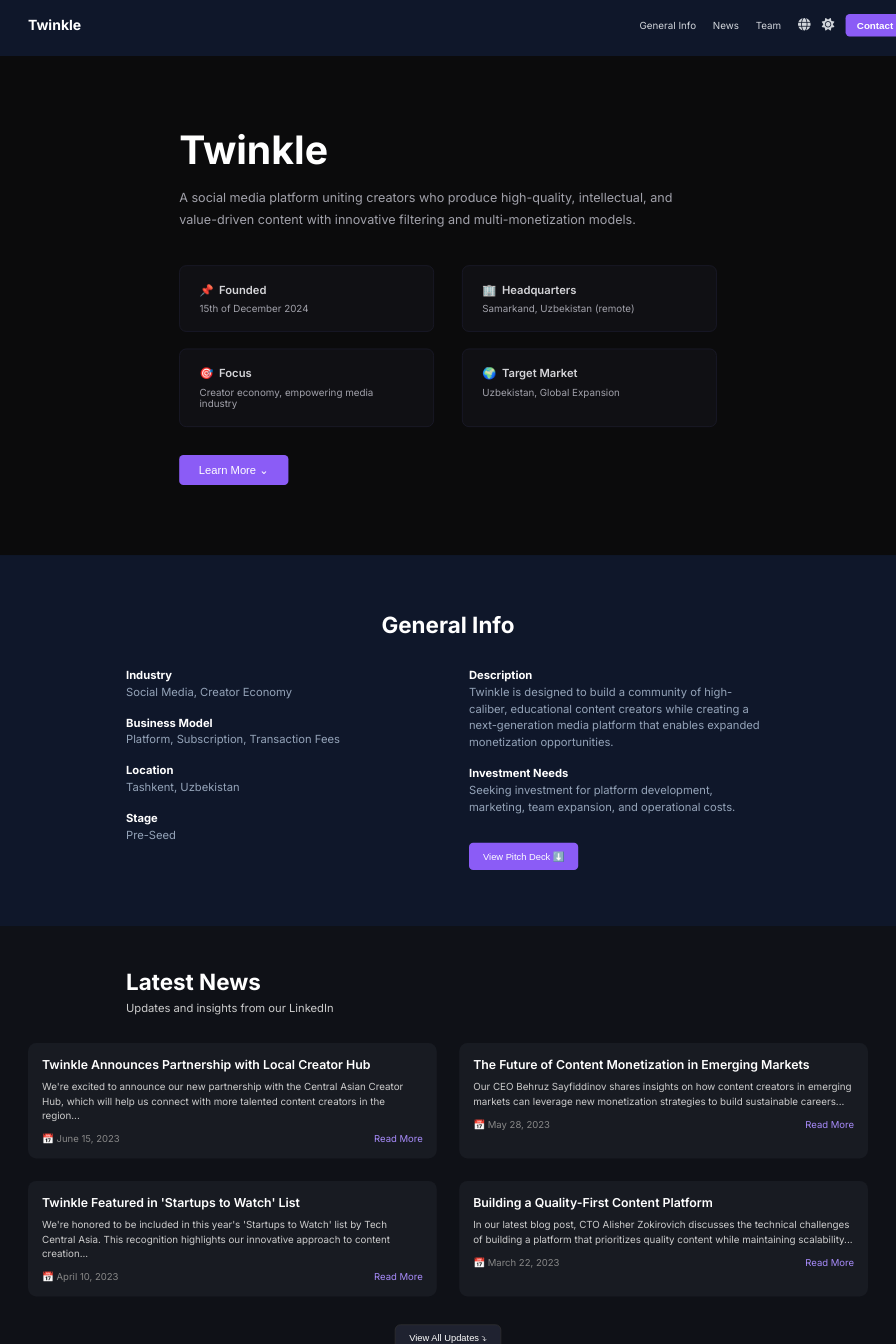
Repository: techboy-33/Twinkle-web
Page: index.html
An editor plug-in stored every save of this project. The page is shown before and after the next save, followed by the edit.
The browser window is 1280 px wide. The pictures show the part of the page from y = 0 to 1920 px (the page is 4225 px tall), at 70% of full size.

Above is the page before, as saved 2025-05-12 12:24:25.

After the next save:
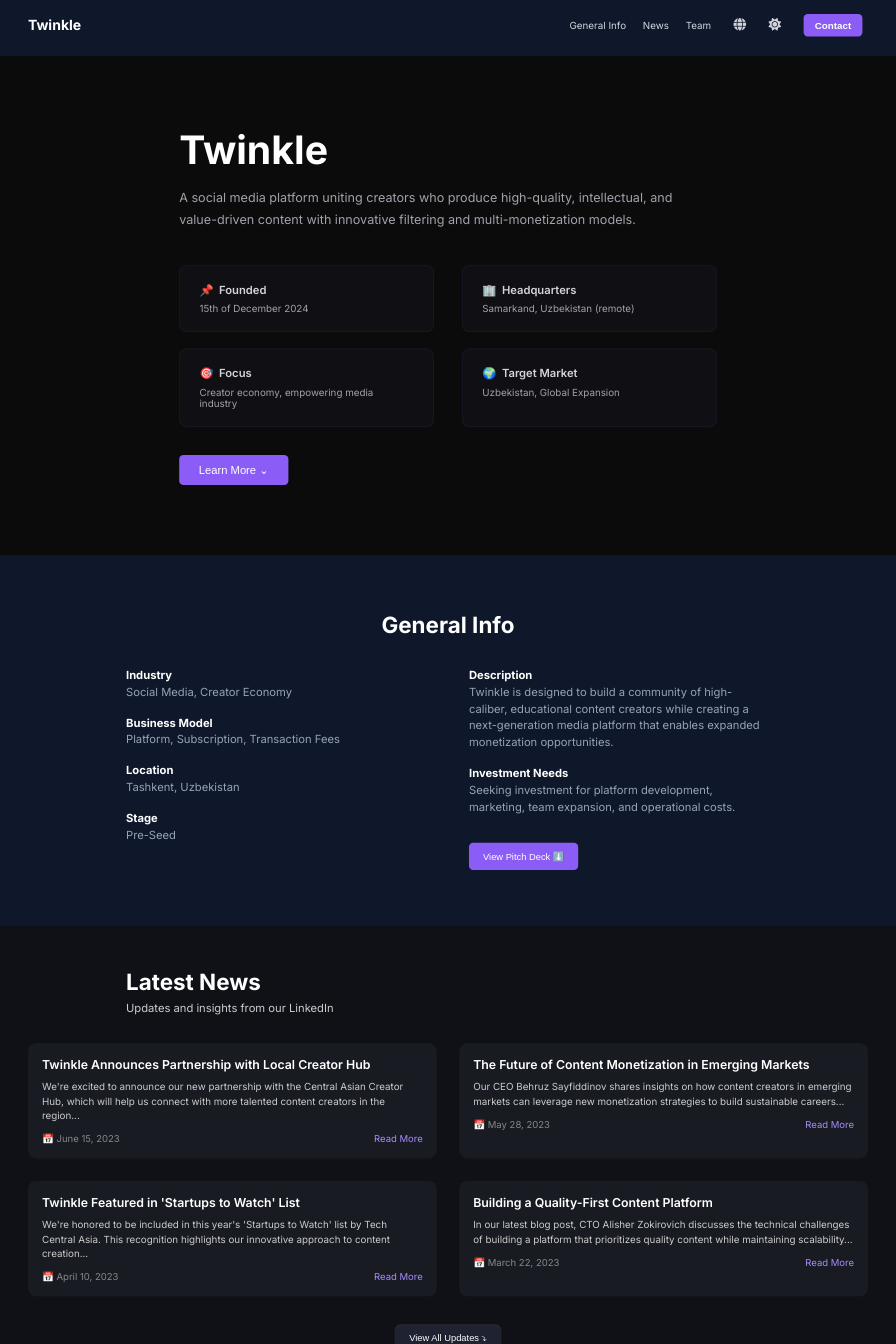
Saved 77 s later.
--- a/styles.css
+++ b/styles.css
@@ -71,9 +71,10 @@
 }
 
 .nav-icons {
-  width: 100px;
-  display: flex;
-  align-items: center;
+  width: 200px;
+  display: flex;
+  align-items: center;
+  justify-content: space-around;
   gap: 16px;
 }
 
